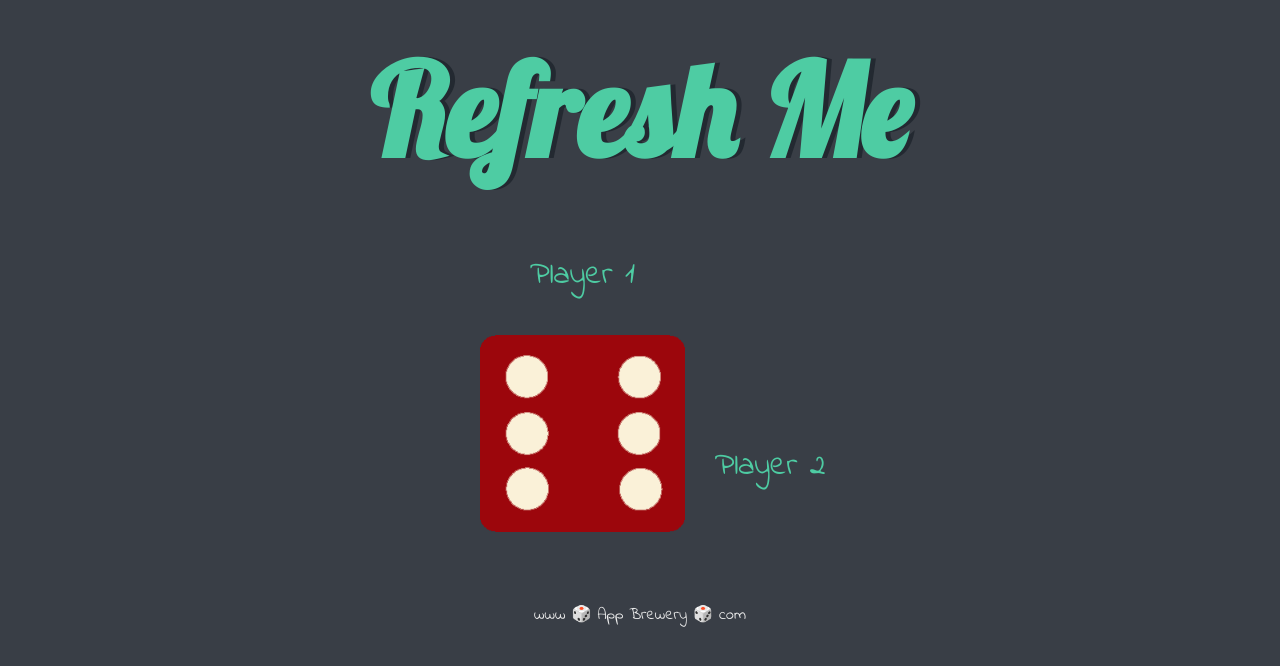
Repository: joseph27choi/Simple-Dice-Game
Page: dicee.html
An editor plug-in stored every save of this project. The page is shown before and after the next save, followed by the edit.
The browser window is 1280 px wide. The pictures show the whole page.

Above is the page before, as saved 2023-02-23 12:14:21.

After the next save:
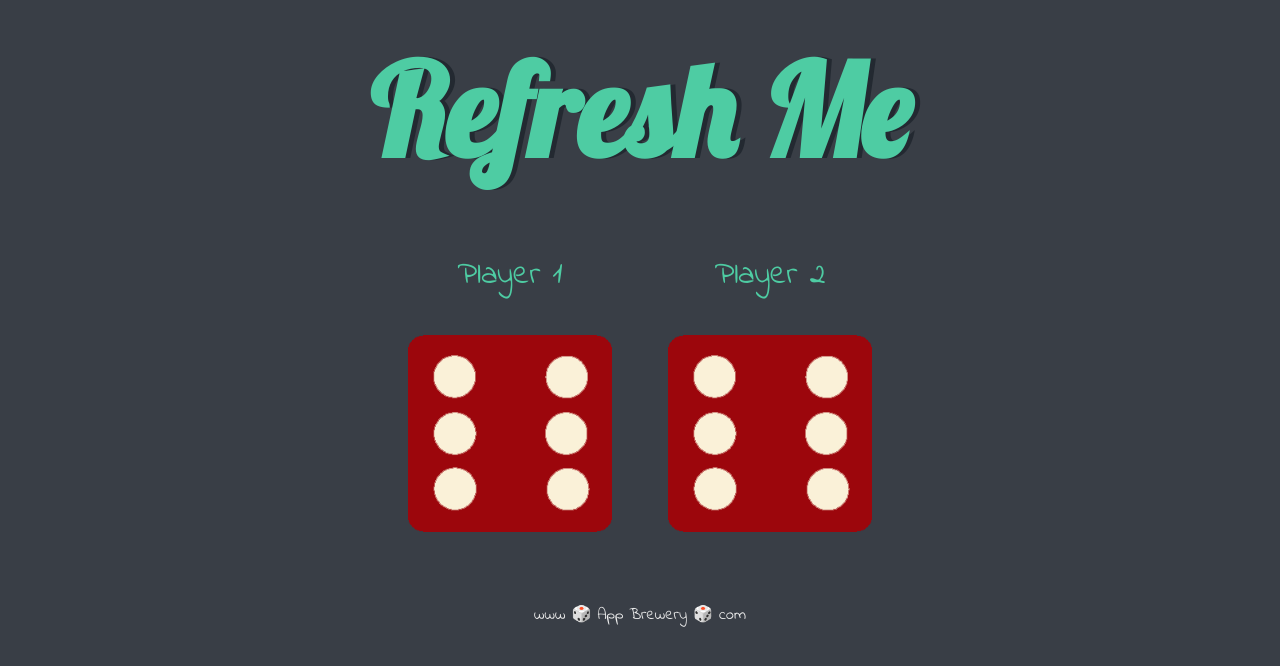
Saved 6 s later.
--- a/dicee.html
+++ b/dicee.html
@@ -19,7 +19,7 @@
 
       <div class="dice">
         <p>Player 2</p>
-        <img class="img2" src="">
+        <img class="img2" src="images/dice6.png">
       </div>
 
     </div>
